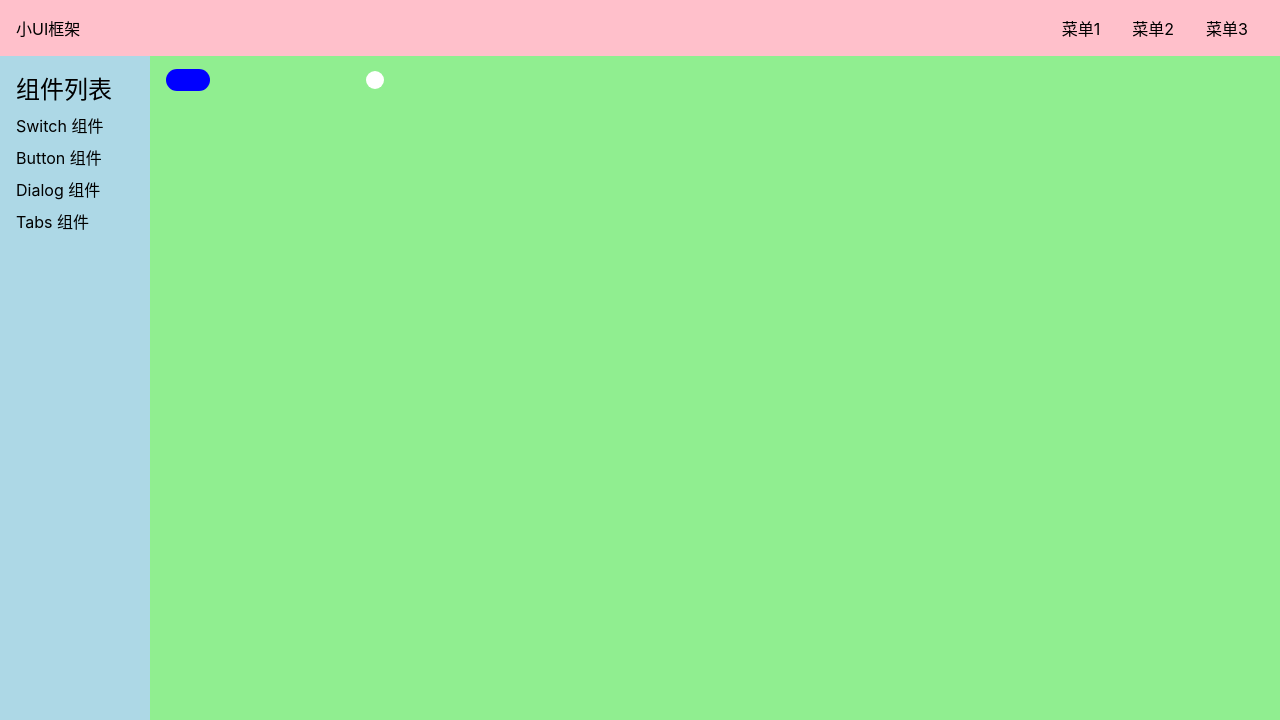
Repository: huming3272/Smile-UI
Page: /#/doc/switch
The author's editor kept a copy of each file at every save. The page is drawn from the files as they stood at one save, then again after a run of saves.
The browser window is 1280 px wide. The pictures show the whole page.
The pointer rests on the first visible `button`.
The project was rebuilt for these pictures with package versions that can differ from the ones it lists, and the page was loaded fresh each time. Also part of the build but not shown: src/views/Home.vue, src/components/ButtonDemo.vue, src/components/DialogDemo.vue, src/components/TabsDemo.vue, src/components/DocDemo.vue.

Above is the page before, as saved 2021-11-02 14:49:50.

### src/main.ts
import { createApp } from 'vue'
import App from './App.vue'
import './index.scss'
import router from './router/index'

const app = createApp(App)
app.use(router)
app.mount('#app')

### src/App.vue
<template>
  <router-view/>
</template>

<script lang='ts'>
import {ref,provide} from 'vue'
import router from './router/index'

export default {
  name: 'App',
  setup(){
    const width = document.documentElement.clientWidth;
    //获取窗口宽度
    const menuVisible = ref(width <= 500 ? false : true);
    const toggleAside = ref(false)


    //检测窗口宽度
    //定义初值，类似vue2的data

    provide('menuVisible',menuVisible)//set
    //provide提供menuVisible给全局
    provide('toggleAside',toggleAside)



  },


}
</script>
<style lang="scss">
  *{
    padding: 0;
    margin: 0;
    list-style: none;

  }
</style>

### src/index.scss
* {
  margin: 0;
  padding: 0;
  box-sizing: border-box;
}
ul,
ol {
  list-style: none;
}
a {
  text-decoration: none;
  color: inherit;
  &:hover {
    border-bottom: 1px solid;
    cursor:pointer;
  }
}
h1,h2,h3,h4,h5,h6{
  font-weight: normal;
}
body{
  font-size: 16px;
  font-family: -apple-system, "Noto Sans", "Helvetica Neue", Helvetica, "Nimbus Sans L", Arial, "Liberation Sans", "PingFang SC", "Hiragino Sans GB", "Noto Sans CJK SC", "Source Han Sans SC", "Source Han Sans CN", "Microsoft YaHei", "Wenquanyi Micro Hei", "WenQuanYi Zen Hei", "ST Heiti", SimHei, "WenQuanYi Zen Hei Sharp", sans-serif;
}

### src/router/index.ts
import {createWebHashHistory,createRouter} from 'vue-router'
import Home from '../views/Home.vue'
import Doc from '../views/Doc.vue'
import Switch from '../components/SwitchDemo.vue'
import Button from '../components/ButtonDemo.vue'
import Dialog from '../components/DialogDemo.vue'
import Tabs from '../components/TabsDemo.vue'
import DocDemo from '../components/DocDemo.vue'

const history = createWebHashHistory()
// hash型路由
 const router = createRouter(
// 创建路由器
    {
    history:history,
    routes:[
        {path:'/',component:Home},
        {path:'/doc',component:Doc,
        children:[
            {path:'',component:DocDemo},
            {path:'switch',component:Switch},
            {path:'button',component:Button},
            {path:'Dialog',component:Dialog},
            {path:'Tabs',component:Tabs},
        ]},

    ]
}
)


export default router

### src/views/Doc.vue
<template>
  <div class="layout">
    <Topnav class="nav"></Topnav>
    <div class="content">
      <aside v-if="menuVisible">
        <h2>
          <router-link to='/doc'>
            组件列表
          </router-link>
        </h2>
        <ol>
          <li>
            <router-link to="/doc/switch">Switch 组件</router-link>
          </li>
          <li>
            <router-link to="/doc/button">Button 组件</router-link>
          </li>
          <li>
            <router-link to="/doc/dialog">Dialog 组件</router-link>
          </li>
          <li>
            <router-link to="/doc/tabs">Tabs 组件</router-link>
          </li>
        </ol>
      </aside>
      <main>
        <router-view></router-view>
      </main>
    </div>
  </div>
</template>
<script lang="ts">
import Topnav from "../components/Topnav.vue";
import {inject,Ref} from 'vue'
import  router  from '../router/index';
export default {
  components: {
    Topnav,
  },
  setup(){
    //setup函数是处于 生命周期函数 beforeCreate 和 Created 两个钩子函数之前的函数,类似用函数定义vue2的data
    const menuVisible = inject<Ref<boolean>>('menuVisible') //get
    const toggleAside = inject<Ref<boolean>>('toggleAside')
    toggleAside.value = true
    //引入名为menuVisible
    router.afterEach((to, from) => {

      // menuVisible.value = false
    })

    return {menuVisible}
    // return 暴露出去，才能在这个文件中使用menuVisible

  },
  methods: {

  }

};
</script>
<style lang="scss" scoped>
.layout {
  display: flex;
  flex-direction: column;
  height: 100vh;
  > .nav {
    flex-shrink: 0;
  }
  > .content {
    flex-grow: 1;
    padding-top: 53px;
    padding-left: 150px;
    @media (max-width: 500px) {
      padding-left: 0;
    }
  }
}
.content {
  display: flex;
  > aside {
    flex-shrink: 0;
  }
  > main {
    flex-grow: 1;
    padding: 16px;
    background: lightgreen;
  }
}
aside {
  background: lightblue;
  width: 150px;
  padding: 16px;
  position: fixed;
  top: 0;
  left: 0;
  padding-top: 70px;
  height: 100%;
  > h2 {
    margin-bottom: 4px;
  }
  > ol {
    > li {
      padding: 4px 0;
    }
  }
  @media (max-width: 500px) {
    position: fixed;
    top: 0;
    left: 0;
    padding-top: 70px;
  }
}
main {
  overflow: auto;
}
</style>

### src/components/SwitchDemo.vue
<template>
  <div>
    <ul>
      <Switch/>
    </ul>
  </div>
</template>
<script lang="ts">
import {inject,Ref} from 'vue'
import Switch from '../lib/Switch.vue'
export default {
  name: "switch",
  components:{
    Switch
  }
};
</script>

### src/components/Topnav.vue
<template>
  <div class="topnav">
    <router-link class="logo" to='/' >小UI框架</router-link>
    <ul class="menu">
      <li>菜单1</li>
      <li>菜单2</li>
      <li>菜单3</li>
    </ul>
    <span class="toggleAside" v-if="toggleAside"  @click="toggleMenu">333</span>
  </div>
</template>
<script lang="ts">
import {inject,Ref} from 'vue'
import router from '../router/index'
export default {
  setup(){

    const menuVisible = inject<Ref<boolean>>('menuVisible') //get
    const toggleAside = inject<Ref<boolean>>('toggleAside')
    //inject<Ref<boolean>>('menuVisible')
    //从全局引入menuVisible为boolean类型的Ref参数
    // menuVisible变量可以认为是data里的
    const toggleMenu = ()=>{
      // router.push('/doc')
      menuVisible.value = !menuVisible.value
      //这里类似methods

    }
    router.afterEach((to,from) => {
      if(to.path==='/'){
        toggleAside.value = false
      }

    });
    return {toggleMenu,toggleAside}
  }
}
</script>
<style lang="scss" scoped>
.topnav {
  background: pink;
  display: flex;
  padding: 16px;
  position: fixed;
  top: 0;
  left: 0;
  width: 100%;
  z-index: 10;
  justify-content: center;
  align-items: center;
  > .logo {
    display:block;
    max-width: 6em;
    margin-right: auto;
  }
  > .menu {
    display: flex;
    white-space: nowrap;
    flex-wrap: nowrap;
    > li {
      margin: 0 1em;
    }

  }
  >.toggleAside {
    width: 24px;
    height: 24px;
    background: red;
    border:1px solid red;
    position: absolute;
    left: 16px;
    top: 50%;
    transform: translateY(-50%);
    display: none;
  }

  @media (max-width: 500px) {
    > .menu {
      display: none;
    }
    > .toggleAside {
      display: block;
    }
    > .logo {
      margin: 0 auto;
    }

  }
}
</style>

### src/lib/Switch.vue
<template>
    <button>
        <span></span>
    </button>
</template>
<script lang="ts">

export default {

}
</script>
<style lang="scss" scoped>
    $h: 22px;
    $h2: $h - 4px;
  button{
    outline:none;
    height: $h;
    width: $h*2;
    border: none;
    background: blue;
    border-radius: $h/2;
    position: relative;
    span{
    position: absolute;
    top: 2px;
    left: 2px;
    height: $h2;
    width: $h2;
    background:white;
    border-radius: $h2 / 2;
    }
  }
  button:hover > span{
    //   left: calc(100% - #{$h2} - 2px);
      left: 200px;

  }

</style>

Loaded but not shown: index.html (common file)

After the next 2 saves:
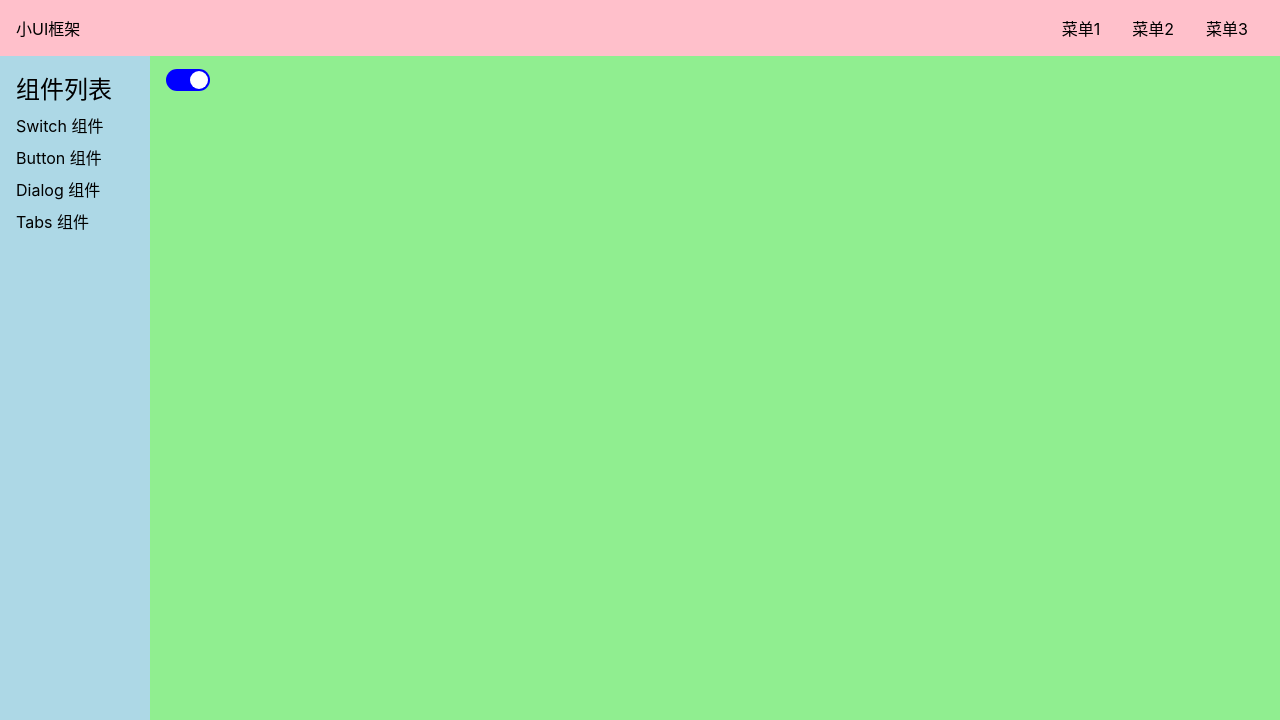
The 2 saves are shown as one change because they came seconds apart.
The last was saved 7 s later.
--- a/src/lib/Switch.vue
+++ b/src/lib/Switch.vue
@@ -31,8 +31,8 @@ export default {
     }
   }
   button:hover > span{
-    //   left: calc(100% - #{$h2} - 2px);
-      left: 200px;
+      left: calc(100% - #{$h2} - 2px);
+
 
   }
 
